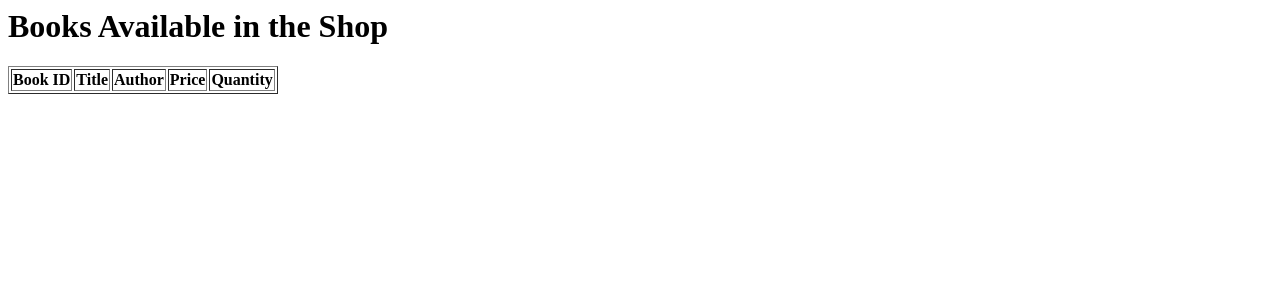
Repository: Anuj1718/WT-Laboratory
Page: http://localhost/EbookShop/display
An editor plug-in stored every save of this project. The page is shown before and after the next save, followed by the edit.
The browser window is 1280 px wide. The pictures show the whole page.
The page is served by Tomcat 10. Other server files are loaded and not shown. Queries for data that is not in the repository find no rows.

Above is the page before, as saved 2025-04-23 16:58:42.

### Practical 5/EbookShop/src/main/java/com/una/ebook/DisplayBooksServlet.java
package com.una.ebook;

import jakarta.servlet.ServletException;
import jakarta.servlet.annotation.WebServlet;
import jakarta.servlet.http.HttpServlet;
import jakarta.servlet.http.HttpServletRequest;
import jakarta.servlet.http.HttpServletResponse;

import java.io.IOException;
import java.io.PrintWriter;
import java.sql.Connection;
import java.sql.DriverManager;
import java.sql.ResultSet;
import java.sql.Statement;

@WebServlet("/display")
public class DisplayBooksServlet extends HttpServlet {

    @Override
    protected void doGet(HttpServletRequest request, HttpServletResponse response) throws ServletException, IOException {
        // Set content type to HTML
        response.setContentType("text/html");

        PrintWriter out = response.getWriter();

        // JDBC URL and credentials
        String url = "jdbc:mysql://localhost:3306/ebookdb"; // Update with your MySQL database details
        String user = "root"; // MySQL username
        String password = "@Bdevilliers171806"; // MySQL password

        try {
            // Load the JDBC driver (MySQL)
            Class.forName("com.mysql.cj.jdbc.Driver");

            // Establish connection
            Connection conn = DriverManager.getConnection(url, user, password);

            // Create SQL query to fetch data from the ebookshop table
            String query = "SELECT * FROM ebookshop";
            Statement stmt = conn.createStatement();
            ResultSet rs = stmt.executeQuery(query);

            // Start the HTML output
            out.println("<html><body>");
            out.println("<h1>Books Available in the Shop</h1>");
            out.println("<table border='1'><tr><th>Book ID</th><th>Title</th><th>Author</th><th>Price</th><th>Quantity</th></tr>");

            // Loop through the result set and display each book
            while (rs.next()) {
                out.println("<tr>");
                out.println("<td>" + rs.getInt("book_id") + "</td>");
                out.println("<td>" + rs.getString("book_title") + "</td>");
                out.println("<td>" + rs.getString("book_author") + "</td>");
                out.println("<td>" + rs.getDouble("book_price") + "</td>");
                out.println("<td>" + rs.getInt("quantity") + "</td>");
                out.println("</tr>");
            }

            // Close the table and finish the HTML output
            out.println("</table>");
            out.println("</body></html>");

            // Close the ResultSet and Connection
            rs.close();
            stmt.close();
            conn.close();

        } catch (Exception e) {
            out.println("<h2>Error: " + e.getMessage() + "</h2>");
            e.printStackTrace();
        }
    }
}

After the next save:
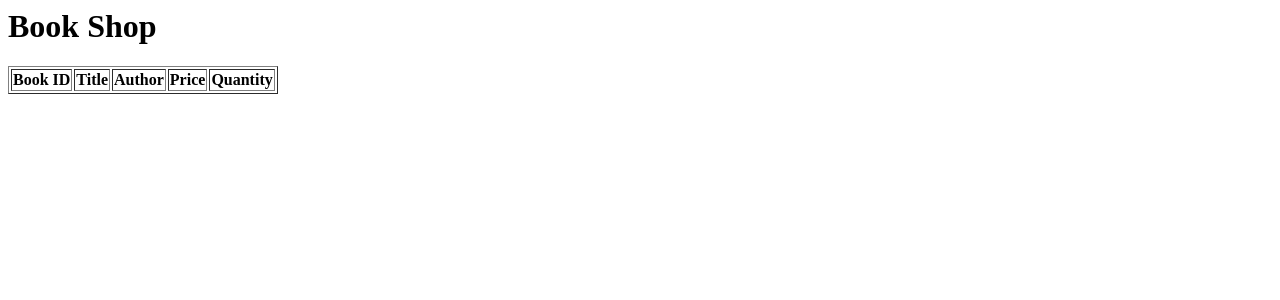
Saved 38 s later.
--- a/Practical 5/EbookShop/src/main/java/com/una/ebook/DisplayBooksServlet.java
+++ b/Practical 5/EbookShop/src/main/java/com/una/ebook/DisplayBooksServlet.java
@@ -1,73 +1,76 @@
-package com.una.ebook;
-
-import jakarta.servlet.ServletException;
+import java.io.*;
+import java.sql.*;
+import jakarta.servlet.*;
 import jakarta.servlet.annotation.WebServlet;
-import jakarta.servlet.http.HttpServlet;
-import jakarta.servlet.http.HttpServletRequest;
-import jakarta.servlet.http.HttpServletResponse;
-
-import java.io.IOException;
-import java.io.PrintWriter;
-import java.sql.Connection;
-import java.sql.DriverManager;
-import java.sql.ResultSet;
-import java.sql.Statement;
+import jakarta.servlet.http.*;
 
 @WebServlet("/display")
 public class DisplayBooksServlet extends HttpServlet {
 
-    @Override
     protected void doGet(HttpServletRequest request, HttpServletResponse response) throws ServletException, IOException {
-        // Set content type to HTML
+        // Database connection details
+        String url = "jdbc:mysql://localhost:3306/ebookdb"; // Use the correct DB name
+        String user = "root"; // Your MySQL username
+        String password = "@Bdevilliers171806"; // Your MySQL password
+
+        // Query to fetch book data
+        String query = "SELECT * FROM ebookshop"; // Replace with your table name
+
+        // Set response content type to HTML
         response.setContentType("text/html");
 
+        // Print the header part of the response (the table structure)
         PrintWriter out = response.getWriter();
+        out.println("<html><head><title>Book Shop</title></head><body>");
+        out.println("<h1>Book Shop</h1>");
+        out.println("<table border='1'>");
+        out.println("<thead><tr><th>Book ID</th><th>Title</th><th>Author</th><th>Price</th><th>Quantity</th></tr></thead>");
+        out.println("<tbody>");
 
-        // JDBC URL and credentials
-        String url = "jdbc:mysql://localhost:3306/ebookdb"; // Update with your MySQL database details
-        String user = "root"; // MySQL username
-        String password = "@Bdevilliers171806"; // MySQL password
-
+        // Establish MySQL connection and execute query
         try {
-            // Load the JDBC driver (MySQL)
+            // Load JDBC driver
             Class.forName("com.mysql.cj.jdbc.Driver");
 
             // Establish connection
             Connection conn = DriverManager.getConnection(url, user, password);
 
-            // Create SQL query to fetch data from the ebookshop table
-            String query = "SELECT * FROM ebookshop";
+            // Create Statement
             Statement stmt = conn.createStatement();
+
+            // Execute query
             ResultSet rs = stmt.executeQuery(query);
 
-            // Start the HTML output
-            out.println("<html><body>");
-            out.println("<h1>Books Available in the Shop</h1>");
-            out.println("<table border='1'><tr><th>Book ID</th><th>Title</th><th>Author</th><th>Price</th><th>Quantity</th></tr>");
+            // Process the result set and print each row as a table row
+            while (rs.next()) {
+                int bookId = rs.getInt("book_id");
+                String title = rs.getString("book_title");
+                String author = rs.getString("book_author");
+                double price = rs.getDouble("book_price");
+                int quantity = rs.getInt("quantity");
 
-            // Loop through the result set and display each book
-            while (rs.next()) {
+                // Output each book row
                 out.println("<tr>");
-                out.println("<td>" + rs.getInt("book_id") + "</td>");
-                out.println("<td>" + rs.getString("book_title") + "</td>");
-                out.println("<td>" + rs.getString("book_author") + "</td>");
-                out.println("<td>" + rs.getDouble("book_price") + "</td>");
-                out.println("<td>" + rs.getInt("quantity") + "</td>");
+                out.println("<td>" + bookId + "</td>");
+                out.println("<td>" + title + "</td>");
+                out.println("<td>" + author + "</td>");
+                out.println("<td>" + price + "</td>");
+                out.println("<td>" + quantity + "</td>");
                 out.println("</tr>");
             }
 
-            // Close the table and finish the HTML output
-            out.println("</table>");
-            out.println("</body></html>");
-
-            // Close the ResultSet and Connection
+            // Close resources
             rs.close();
             stmt.close();
             conn.close();
 
         } catch (Exception e) {
-            out.println("<h2>Error: " + e.getMessage() + "</h2>");
             e.printStackTrace();
+            out.println("<tr><td colspan='5'>Error: " + e.getMessage() + "</td></tr>");
         }
+
+        // Close the table and body tags
+        out.println("</tbody></table>");
+        out.println("</body></html>");
     }
 }
